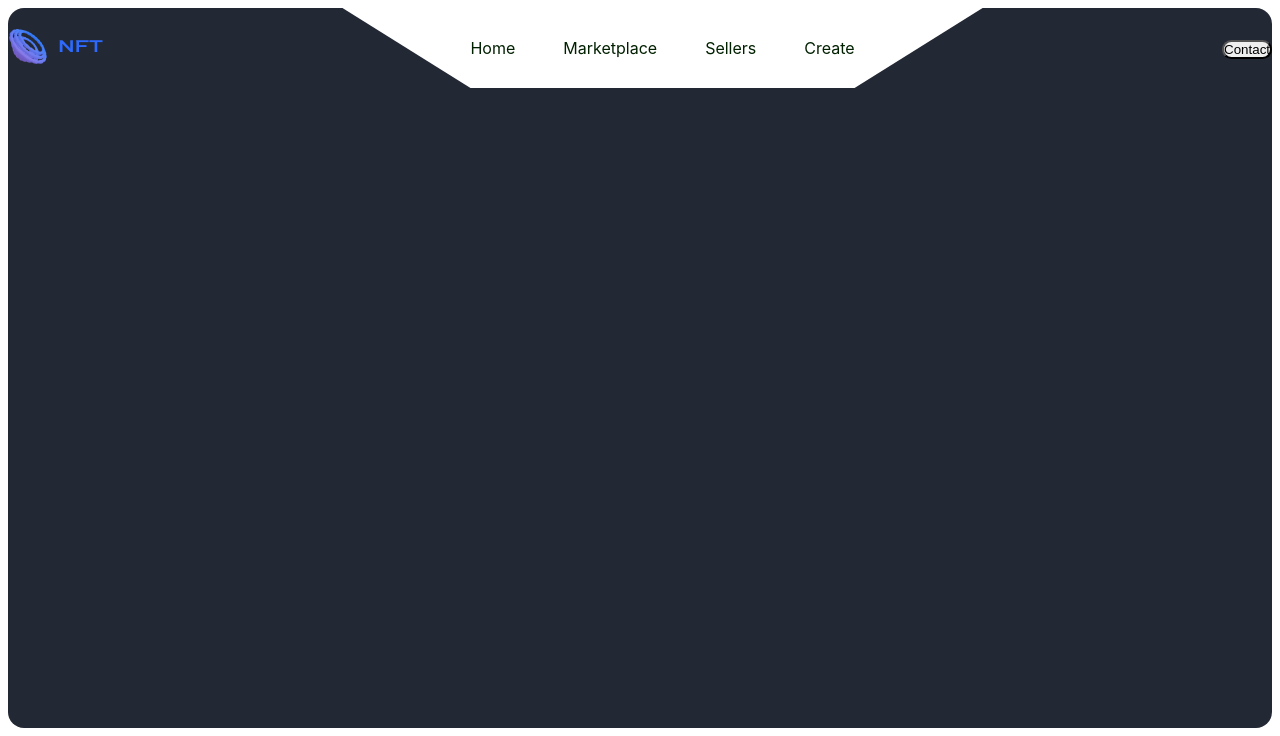
Repository: Ellisvelandia/NFT
Page: /
These files come from the project's save history. The page is drawn as it stood at one moment and after a run of saves; the edit follows.
The browser window is 1280 px wide. The pictures show the whole page.
The project was rebuilt for these pictures with package versions that can differ from the ones it lists, and the page was loaded fresh each time.

Above is the page before, as saved 2022-08-21 04:17:18.

After the next 3 saves:
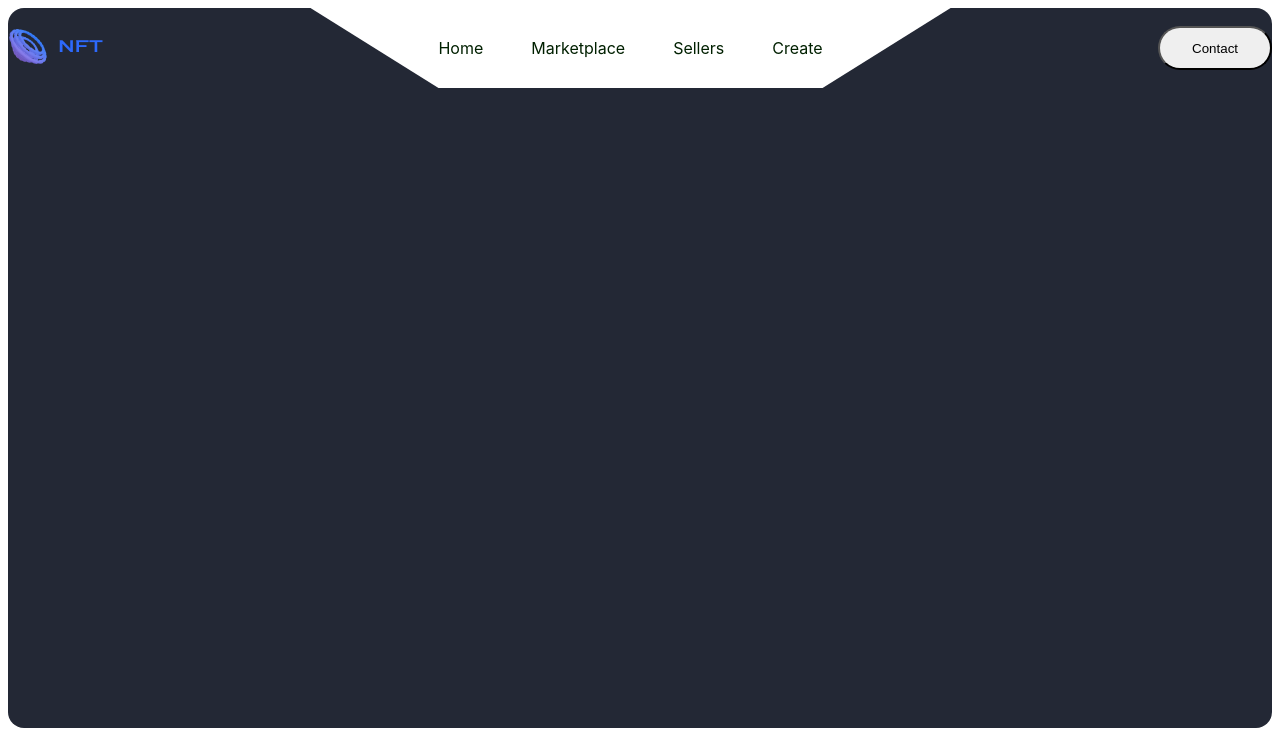
The 3 saves are shown as one change because they came seconds apart.
The last was saved 11 s later.
--- a/src/components/Button.jsx
+++ b/src/components/Button.jsx
@@ -12,5 +12,6 @@
 const Div = styled.div`
 button {
   border-radius: 4rem;
+  padding:0.8rem 2rem;
 }
 `;
